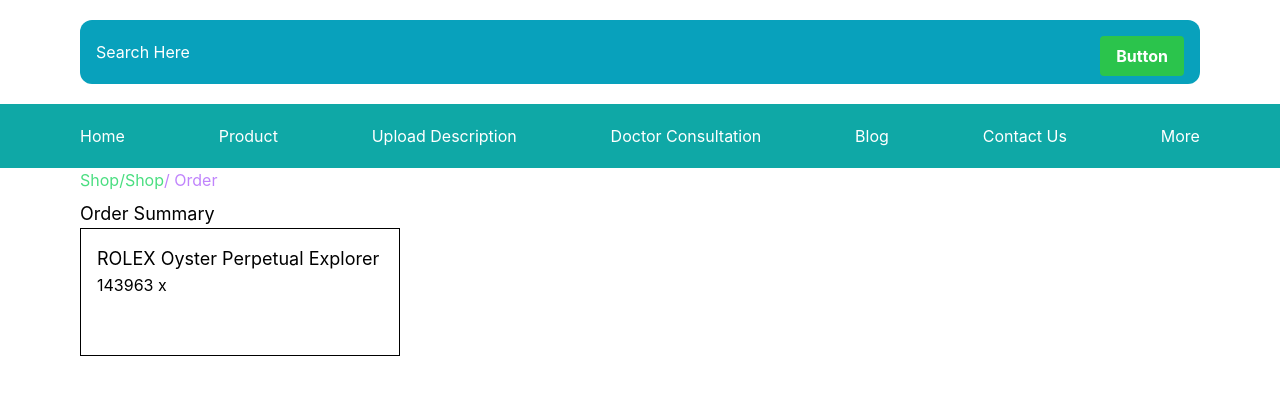
Repository: arafatmollah/pharma
Page: /
The author's editor kept a copy of each file at every save. The page is drawn from the files as they stood at one save, then again after a run of saves.
The browser window is 1280 px wide. The pictures show the whole page.
The project was rebuilt for these pictures with package versions that can differ from the ones it lists, and the page was loaded fresh each time.

Above is the page before, as saved 2023-03-12 01:34:08.

After the next 2 saves:
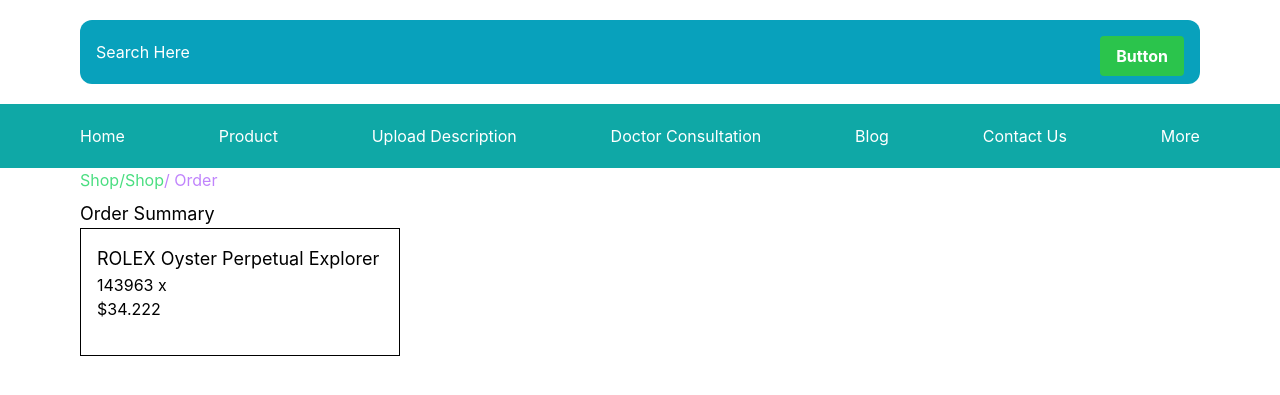
The 2 saves are shown as one change because they came seconds apart.
The last was saved 12 s later.
--- a/src/Order.js
+++ b/src/Order.js
@@ -18,7 +18,7 @@
               <p>143963 x</p>
             </div>
             <div>
-
+              <h3>$34.222</h3>
             </div>
           </div>
         </div>
